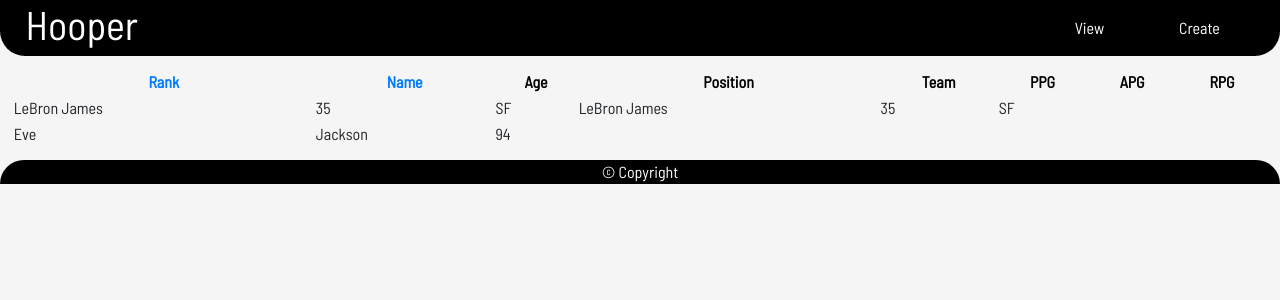
Repository: vlasarte/Hooper
Page: index.html
These files come from the project's save history. The page is drawn as it stood at one moment and after the next save; the edit follows.
The browser window is 1280 px wide. The pictures show the whole page.

Above is the page before, as saved 2020-02-24 17:06:37.

### index.html
<!DOCTYPE html>
<!--[if lt IE 7]>      <html class="no-js lt-ie9 lt-ie8 lt-ie7"> <![endif]-->
<!--[if IE 7]>         <html class="no-js lt-ie9 lt-ie8"> <![endif]-->
<!--[if IE 8]>         <html class="no-js lt-ie9"> <![endif]-->
<!--[if gt IE 8]><!--> <html class="no-js"> <!--<![endif]-->
    <head>
        <meta charset="utf-8">
        <meta http-equiv="X-UA-Compatible" content="IE=edge">
        <title>Hooper</title>
        <meta name="description" content="">
        <meta name="viewport" content="width=device-width, initial-scale=1">
        <link href="https://fonts.googleapis.com/css?family=Barlow+Semi+Condensed&display=swap" rel="stylesheet">
        <link rel="stylesheet" href="https://stackpath.bootstrapcdn.com/bootstrap/4.3.1/css/bootstrap.min.css" integrity="sha384-ggOyR0iXCbMQv3Xipma34MD+dH/1fQ784/j6cY/iJTQUOhcWr7x9JvoRxT2MZw1T" crossorigin="anonymous">
        <link rel="stylesheet" href="assets/css/style.css">
    </head>
    <body>

        <header>
            <h1>Hooper</h1>
            <div class="dropdown">
                <button class="dropbtn">Create</button>
                <div class="dropdown-content">
                    <a href="#">Player</a>
                    <a href="#">Team</a>
                    <a class="dropdown-content-last" href="#">Game</a>
                </div>
            </div>
            <div class="dropdown">
                <button class="dropbtn">View</button>
                <div class="dropdown-content">
                    <a href="#">Players</a>
                    <a href="#">Teams</a>
                    <a class="dropdown-content-last" href="#">Games</a>
                </div>
            </div>
        </header>

        <div class="body-container">

            <table style="width:100%">
                <tr>
                    <th><a href="">Rank</a></th>
                    <th><a href="">Name</a></th>
                    <th>Age</th>
                    <th>Position</th>
                    <th>Team</th>
                    <th>PPG</th>
                    <th>APG</th>
                    <th>RPG</th>
                </tr>
                <tr>
                    <td>LeBron James</td>
                    <td>35</td>
                    <td>SF</td>
                    <td>LeBron James</td>
                    <td>35</td>
                    <td>SF</td>
                </tr>
                <tr>
                    <td>Eve</td>
                    <td>Jackson</td>
                    <td>94</td>
                </tr>
            </table>

        </div>


        <footer>
            &copy Copyright
        </footer>

        <script src="assets/js/javascript.js" async defer></script>
    </body>
</html>

### assets/css/style.css
/* default settings */

body {
    font-family: 'Barlow Semi Condensed', sans-serif;
    background: whitesmoke;
}


/* header section */

header {
    font-family: 'Barlow Semi Condensed', sans-serif;
    width: 100%;
    height: 56px;
    background: black;
    color: white;
    padding: 0% 2%;
    border-radius: 0px 0px 25px 25px;
    position: sticky;
    top: 0;
    z-index: 1;
}

header h1 {
    float: left;
    height: 56px;
    margin: 0px;
}


/* hover dropdowns */

.dropbtn {
    height: 56px;
    font-family: 'Barlow Semi Condensed', sans-serif;
    min-width: 100px;
    background-color: black;
    color: white;
    padding: 16px;
    font-size: 16px;
    border: none;
    border-radius: 25px 25px 0px 0px;
}

.dropdown {
    margin: 0px 5px;
    float: right;
    position: relative;
    display: inline-block;
}

.dropdown-content {
    text-align: center;
    display: none;
    position: absolute;
    background-color: #f1f1f1;
    width: 100px;
    box-shadow: 0px 8px 16px 0px rgba(0, 0, 0, 0.2);
    z-index: 1;
    border-radius: 0px 0px 25px 25px;
}

.dropdown-content a {
    color: black;
    padding: 12px 16px;
    text-decoration: none;
    display: block;
}

.dropdown-content a:hover {
    background-color: #ddd;
}

.dropdown:hover .dropdown-content {
    display: block;
}

.dropdown:hover .dropbtn {
    background-color: #ddd;
    color: black;
}

.dropdown-content-last {
    border-radius: 0px 0px 25px 25px;
}

/* body container */

.body-container {
    padding: 1%;
}

th {
    text-align: center;
    color: black;
    font-weight: bold;
}


/* footer section */

footer {
    width: 100%;
    text-align: center;
    background: black;
    color: white;
    border-radius: 25px 25px 0px 0px;
}

### assets/js/javascript.js
var player = {
    name: "LeBron James",
    team: "LAL",
    position: "SF",
    PPG: 25.0,
    APG: 10.8,
    RPG: 7.8
}

var playerName = [
    "LeBron James",
    "Anthony Davis",
    "James Harden",
    "Kawhi Leonard",
    "Luka Doncic",
    ""]

After the next save:
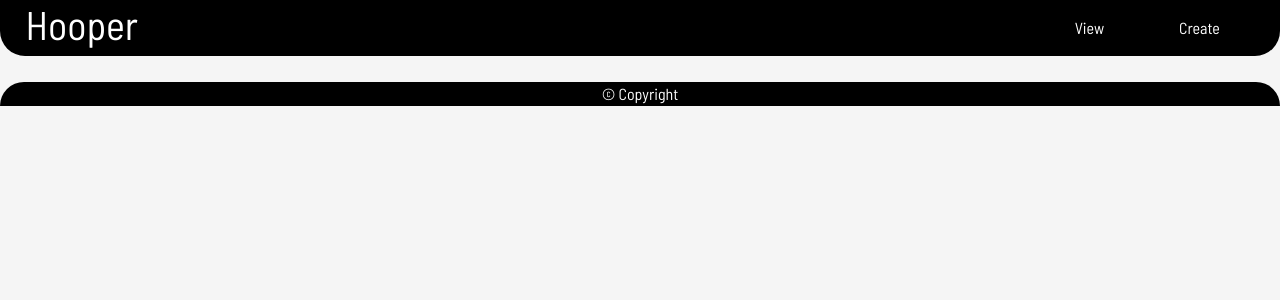
Saved 9 s later.
--- a/index.html
+++ b/index.html
@@ -37,31 +37,7 @@
 
         <div class="body-container">
 
-            <table style="width:100%">
-                <tr>
-                    <th><a href="">Rank</a></th>
-                    <th><a href="">Name</a></th>
-                    <th>Age</th>
-                    <th>Position</th>
-                    <th>Team</th>
-                    <th>PPG</th>
-                    <th>APG</th>
-                    <th>RPG</th>
-                </tr>
-                <tr>
-                    <td>LeBron James</td>
-                    <td>35</td>
-                    <td>SF</td>
-                    <td>LeBron James</td>
-                    <td>35</td>
-                    <td>SF</td>
-                </tr>
-                <tr>
-                    <td>Eve</td>
-                    <td>Jackson</td>
-                    <td>94</td>
-                </tr>
-            </table>
+
 
         </div>
 
